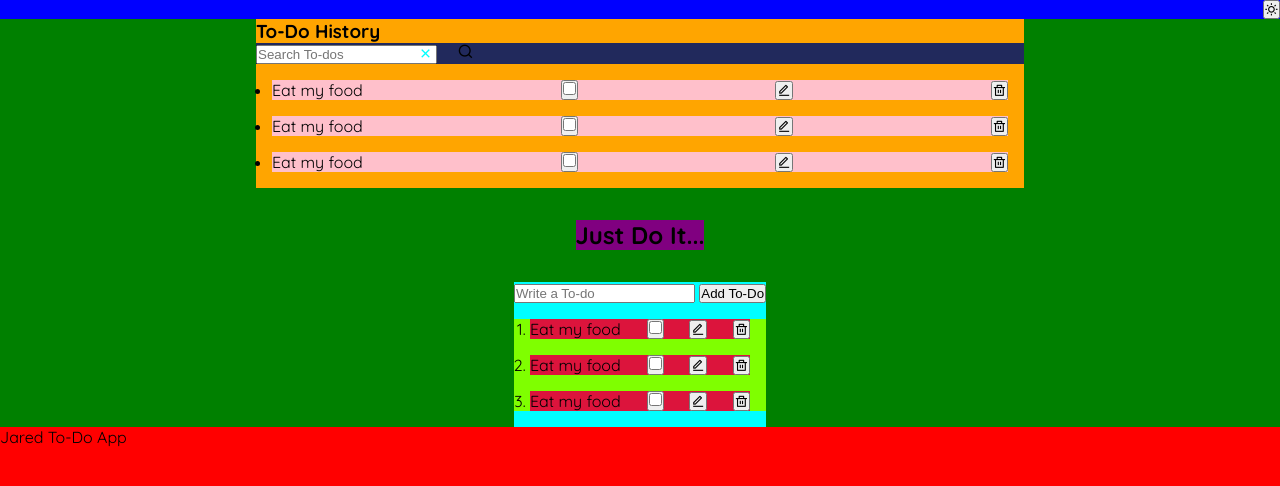
Repository: EguJaredoBoyd/Jared-ToDo-App
Page: main.html
The author's editor kept a copy of each file at every save. The page is drawn from the files as they stood at one save, then again after the next save.
The browser window is 1280 px wide. The pictures show the whole page.
Some web libraries are served in a nearby version.

Above is the page before, as saved 2025-12-23 17:51:17.
Not found: js/to-do.j

After the next save:
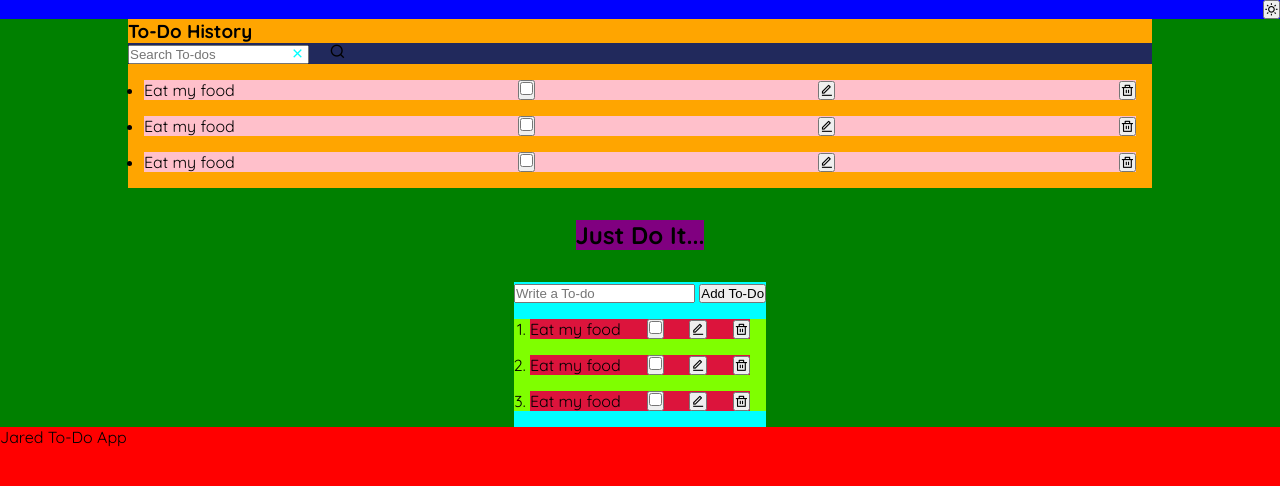
Saved 17 s later.
--- a/css/main.css
+++ b/css/main.css
@@ -47,7 +47,7 @@ main {
 }
 
 .todo-history {
-  width: 60vw;
+  width: 80vw;
   position: relative;
   background-color: orange;
 }
